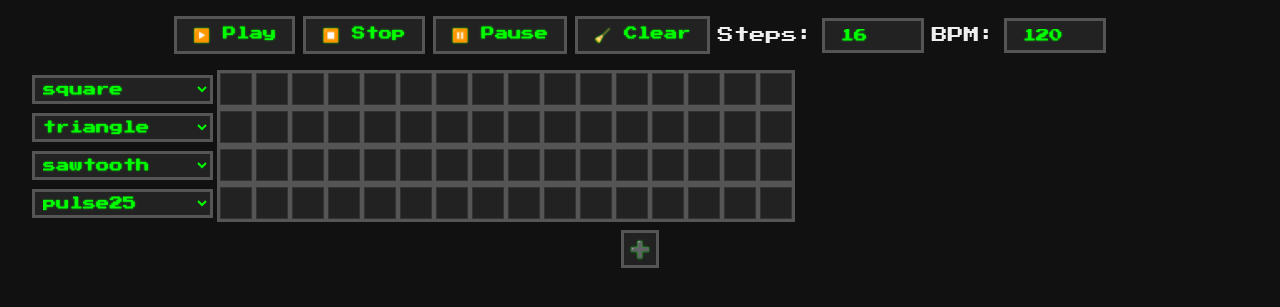
Repository: Aldentec/8-bit-Composer
Page: index.html
These files come from the project's save history. The page is drawn as it stood at one moment and after the next save; the edit follows.
The browser window is 1280 px wide. The pictures show the whole page.
Some web libraries are served in a nearby version.

Above is the page before, as saved 2025-05-28 16:16:21.

After the next save:
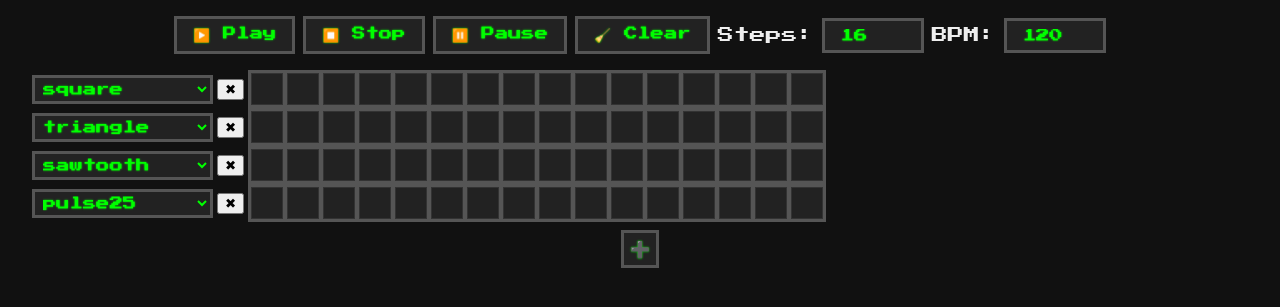
Saved 2 s later.
--- a/js/grid.js
+++ b/js/grid.js
@@ -3,68 +3,51 @@
 // Sequencer dimensions and state (set in initGrid)
 export let STEPS     = 16;
 export let CHANNELS  = 0;
-export let gridState = [];  // boolean on/off per [row][step]
-export let noteState = [];  // note string per [row][step]
+export let gridState = [];   // boolean on/off per [row][step]
+export let noteState = [];   // note string per [row][step]
 
 /**
- * Master instrument list for dropdowns.
+ * A master list of all available instrument types for the dropdowns.
  */
 export const INSTRUMENT_OPTIONS = [
   'square','triangle','sawtooth','pulse25','pulse50','pulse75',
-  'fmsynth','amsynth','metal','membrane',
-  'noise-white','noise-pink',
+  'fmsynth','amsynth','metal','membrane','noise-white','noise-pink',
   'drum-kick','drum-snare','drum-tom','drum-hat'
 ];
 
 /**
- * Intervals in semitones for each scale type.
- */
-const SCALE_INTERVALS = {
-  Major:        [0,2,4,5,7,9,11],
-  Minor:        [0,2,3,5,7,8,10],
-  Pentatonic:   [0,2,4,7,9],
-  Chromatic:    [0,1,2,3,4,5,6,7,8,9,10,11]
-};
-
-/**
- * Convert "C#4" -> 61, and vice versa.
- */
-function noteToMidi(n) { return Tone.Frequency(n).toMidi(); }
-function midiToNote(m) { return Tone.Frequency(m, 'midi').toNote(); }
-
-/**
- * Checks if a given note (eg "C#4") lies in the user-selected key+scale.
- */
-function isInScale(note) {
-  const key = document.getElementById('key-select').value;       // e.g. "C"
-  const scale = document.getElementById('scale-select').value;   // e.g. "Major"
-  const rootMidi = noteToMidi(key + '4') % 12;                   // root pitch class
-  const intervalClasses = SCALE_INTERVALS[scale] || SCALE_INTERVALS.Major;
-
-  const midi = noteToMidi(note);
-  const interval = (midi % 12 - rootMidi + 12) % 12;
-  return intervalClasses.includes(interval);
-}
-
-/**
- * Renders the sequencer grid, preserving old state when possible.
+ * Renders a scrollable sequencer grid with:
+ *  • a dropdown per row for instrument selection
+ *  • a ✖ “remove” button next to each dropdown
+ *  • left-click toggles a cell on/off, stamping it with its note (default "C4")
+ *  • right-click prompts to edit that cell’s note
+ *  • a “➕” button below to add more rows
+ *
+ * Preserves existing gridState/noteState when rows or steps change.
+ *
+ * @param {string} containerId       id of the <div> to fill
+ * @param {string[]} instrumentTypes initial instrument type per row
+ * @param {number} steps             number of columns
  */
 export function initGrid(containerId, instrumentTypes = [], steps = 16) {
-  // merge old state
-  const oldG = gridState, oldN = noteState;
-  const oldR = oldG.length, oldC = oldG[0]?.length || 0;
+  // Merge old state
+  const oldGrid = gridState;
+  const oldNotes = noteState;
+  const oldRows = oldGrid.length;
+  const oldCols = oldGrid[0]?.length || 0;
 
   CHANNELS = instrumentTypes.length;
   STEPS    = steps;
 
+  // Rebuild gridState & noteState merging old values
   gridState = Array.from({ length: CHANNELS }, (_, r) =>
     Array.from({ length: STEPS }, (_, c) =>
-      r < oldR && c < oldC ? oldG[r][c] : false
+      r < oldRows && c < oldCols ? oldGrid[r][c] : false
     )
   );
   noteState = Array.from({ length: CHANNELS }, (_, r) =>
     Array.from({ length: STEPS }, (_, c) =>
-      r < oldR && c < oldC ? oldN[r][c] : 'C4'
+      r < oldRows && c < oldCols ? oldNotes[r][c] : 'C4'
     )
   );
 
@@ -74,16 +57,18 @@ export function initGrid(containerId, instrumentTypes = [], steps = 16) {
   instrumentTypes.forEach((initialType, row) => {
     const rowEl = document.createElement('div');
     rowEl.className = 'grid-row';
-    rowEl.style.gridTemplateColumns = `auto repeat(${STEPS}, 2rem)`;
+    // columns: dropdown, remove-btn, then STEPS cells
+    rowEl.style.gridTemplateColumns = `auto auto repeat(${STEPS}, 2rem)`;
 
-    // instrument dropdown
+    // 1) Instrument dropdown
     const select = document.createElement('select');
     select.className = 'instrument-select';
     INSTRUMENT_OPTIONS.forEach(type => {
-      const o = document.createElement('option');
-      o.value = o.textContent = type;
-      if (type === initialType) o.selected = true;
-      select.append(o);
+      const opt = document.createElement('option');
+      opt.value = type;
+      opt.textContent = type;
+      if (type === initialType) opt.selected = true;
+      select.append(opt);
     });
     select.addEventListener('change', e => {
       document.dispatchEvent(new CustomEvent('instrumentChanged', {
@@ -92,29 +77,37 @@ export function initGrid(containerId, instrumentTypes = [], steps = 16) {
     });
     rowEl.append(select);
 
-    // sequencer cells
+    // 2) Remove-row button
+    const removeBtn = document.createElement('button');
+    removeBtn.className = 'remove-row-btn';
+    removeBtn.textContent = '✖';
+    removeBtn.title = 'Remove this row';
+    removeBtn.addEventListener('click', e => {
+      e.stopPropagation(); // don't toggle a cell!
+      document.dispatchEvent(new CustomEvent('removeRowClicked', {
+        detail: { row }
+      }));
+    });
+    rowEl.append(removeBtn);
+
+    // 3) Sequencer cells
     for (let step = 0; step < STEPS; step++) {
       const cell = document.createElement('div');
       cell.className = 'cell';
       cell.dataset.row  = row;
       cell.dataset.step = step;
-      // restore UI
+      // restore UI if previously active
       if (gridState[row][step]) {
         cell.classList.add('active');
         cell.textContent = noteState[row][step];
       }
 
-      // left-click: toggle on/off, stamping note
+      // left-click: toggle and stamp note
       cell.addEventListener('click', () => {
         if (!gridState[row][step]) {
-          const note = noteState[row][step];
-          if (!isInScale(note)) {
-            alert(`${note} is not in ${document.getElementById('key-select').value} ${document.getElementById('scale-select').value} scale`);
-            return;
-          }
           gridState[row][step] = true;
           cell.classList.add('active');
-          cell.textContent = note;
+          cell.textContent = noteState[row][step];
         } else {
           gridState[row][step] = false;
           cell.classList.remove('active');
@@ -122,18 +115,16 @@ export function initGrid(containerId, instrumentTypes = [], steps = 16) {
         }
       });
 
-      // right-click: prompt to edit note
+      // right-click: prompt to edit the note
       cell.addEventListener('contextmenu', e => {
         e.preventDefault();
         const current = noteState[row][step];
         const newNote = prompt('Enter note (e.g. C4, A#3):', current);
         if (newNote) {
-          if (!isInScale(newNote)) {
-            alert(`${newNote} is not in ${document.getElementById('key-select').value} ${document.getElementById('scale-select').value} scale`);
-            return;
+          noteState[row][step] = newNote;
+          if (gridState[row][step]) {
+            cell.textContent = newNote;
           }
-          noteState[row][step] = newNote;
-          if (gridState[row][step]) cell.textContent = newNote;
         }
       });
 
@@ -143,7 +134,7 @@ export function initGrid(containerId, instrumentTypes = [], steps = 16) {
     container.append(rowEl);
   });
 
-  // ➕ Add-row button
+  // ➕ Add-row button below the grid
   const addRowEl = document.createElement('div');
   addRowEl.className = 'add-row';
   addRowEl.textContent = '➕';
@@ -158,7 +149,9 @@ export function initGrid(containerId, instrumentTypes = [], steps = 16) {
  * Clears all active steps in both state and UI.
  */
 export function clearGrid() {
-  gridState.forEach(r => r.fill(false));
-  document.querySelectorAll('.cell.active')
-    .forEach(c => { c.classList.remove('active'); c.textContent = '' });
+  gridState.forEach(rowArr => rowArr.fill(false));
+  document.querySelectorAll('.cell.active').forEach(cell => {
+    cell.classList.remove('active');
+    cell.textContent = '';
+  });
 }
